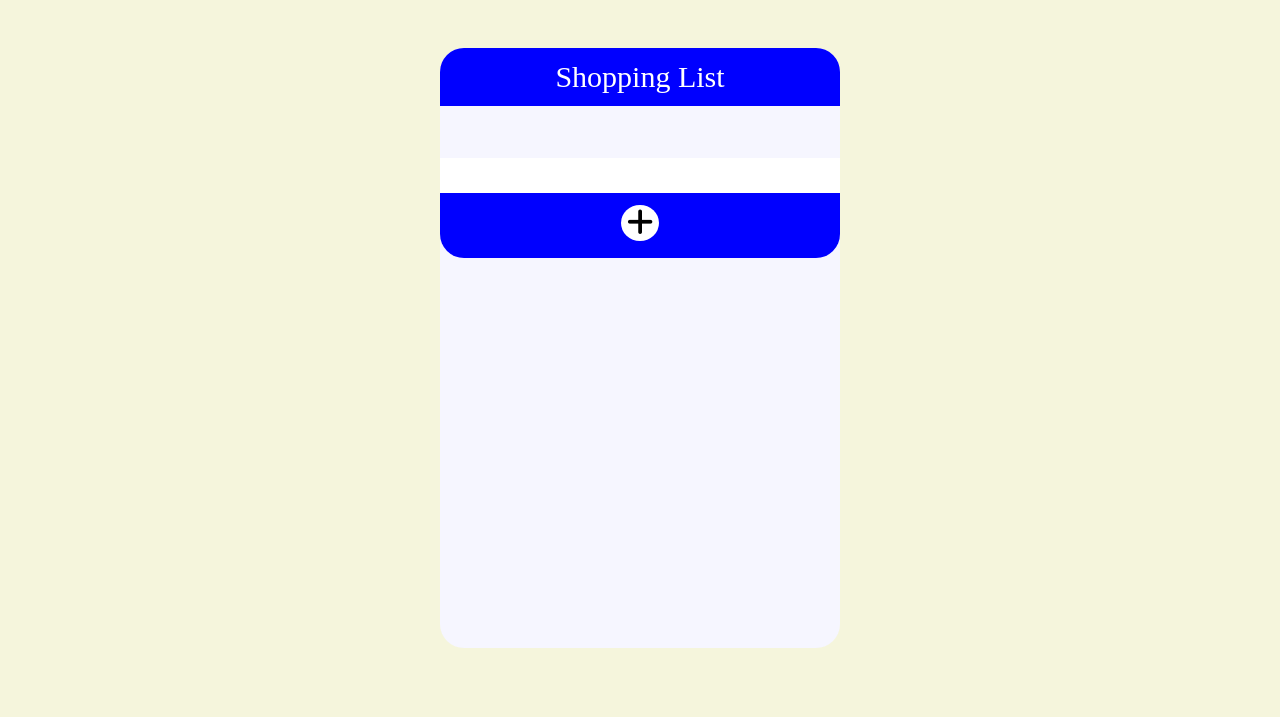
Repository: keehoonjung/Shopping-list
Page: index.html
An editor plug-in stored every save of this project. The page is shown before and after a run of saves, followed by the edit.
The browser window is 1280 px wide. The pictures show the whole page.
Some web libraries are served in a nearby version.

Above is the page before, as saved 2021-08-09 14:13:29.

After the next 2 saves:
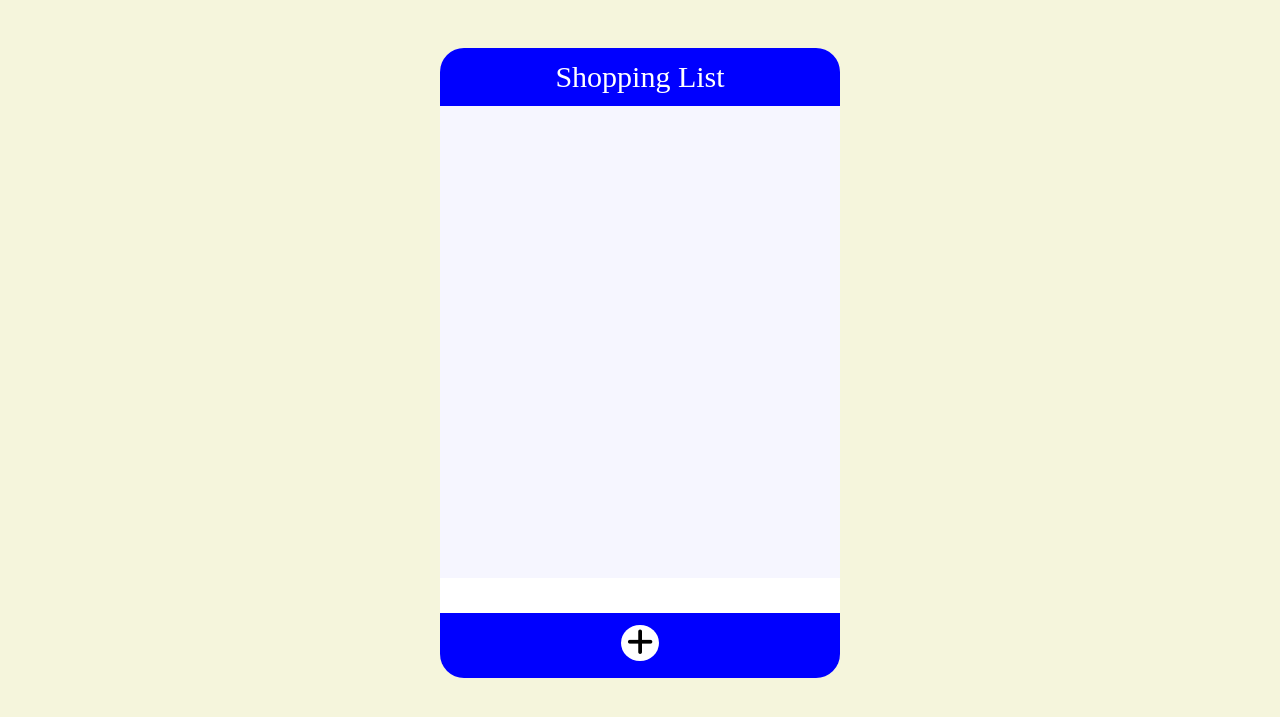
The 2 saves are shown as one change because they came seconds apart.
The last was saved 11 s later.
--- a/style.css
+++ b/style.css
@@ -37,14 +37,11 @@ button {
   padding: 12px 0;
 }
 
-.main {
-  height: 420px;
-  overflow-y: auto;
-}
-
 .main_list {
   padding: 6px 24px;
   font-size: 20px;
+  height: 420px;
+  overflow-y: auto;
 }
 
 .input_text {
